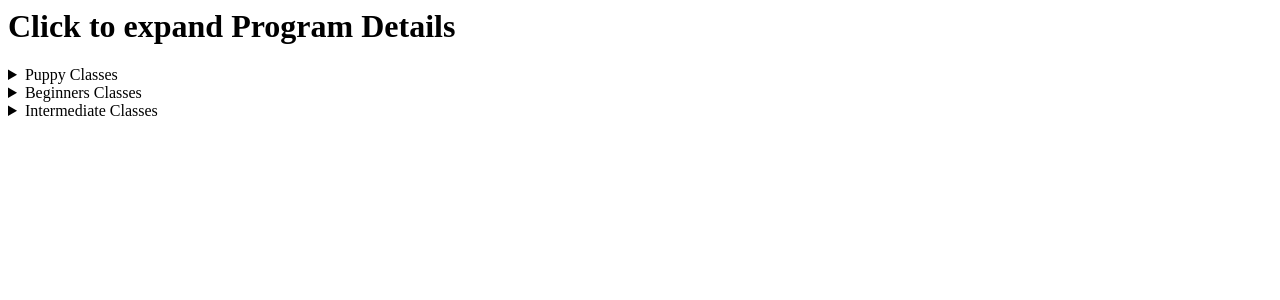
Repository: Brittany-Westlund/MART341-WebDesign
Page: WebDesignHomework/testfolder/index.html
An editor plug-in stored every save of this project. The page is shown before and after the next save, followed by the edit.
The browser window is 1280 px wide. The pictures show the whole page.

Above is the page before, as saved 2024-11-03 17:46:23.

### WebDesignHomework/testfolder/index.html
<h1>Click to expand Program Details</h1>

    <details>
      <summary>Puppy Classes</summary>
      <table border="1">
        <tr>
          <th>Classes</th>
          <th>Description</th>
        </tr>
        <tr>
          <td>Puppy Socialization</td>
          <td>Helps puppies learn social skills and basic commands.</td>
        </tr>
        <tr>
          <td>Basic Obedience</td>
          <td>Focuses on basic obedience skills for young puppies.</td>
        </tr>
        <!-- Add more Puppy Classes as needed -->
      </table>
    </details>

    <details>
      <summary>Beginners Classes</summary>
      <table border="1">
        <tr>
          <th>Classes</th>
          <th>Description</th>
        </tr>
        <tr>
          <td>Basic Training</td>
          <td>Introduces basic commands and behavior training.</td>
        </tr>
        <tr>
          <td>Leash Training</td>
          <td>Teaches dogs to walk calmly on a leash.</td>
        </tr>
        <!-- Add more Beginner Classes as needed -->
      </table>
    </details>

    <details>
      <summary>Intermediate Classes</summary>
      <table border="1">
        <tr>
          <th>Classes</th>
          <th>Description</th>
        </tr>
        <tr>
          <td>Advanced Obedience</td>
          <td>Builds on basic commands with more complex tasks.</td>
        </tr>
        <tr>
          <td>Agility Training</td>
          <td>Introduces agility equipment and training exercises.</td>
        </tr>
        <!-- Add more Intermediate Classes as needed -->
      </table>
    </details>

  </details>

After the next save:
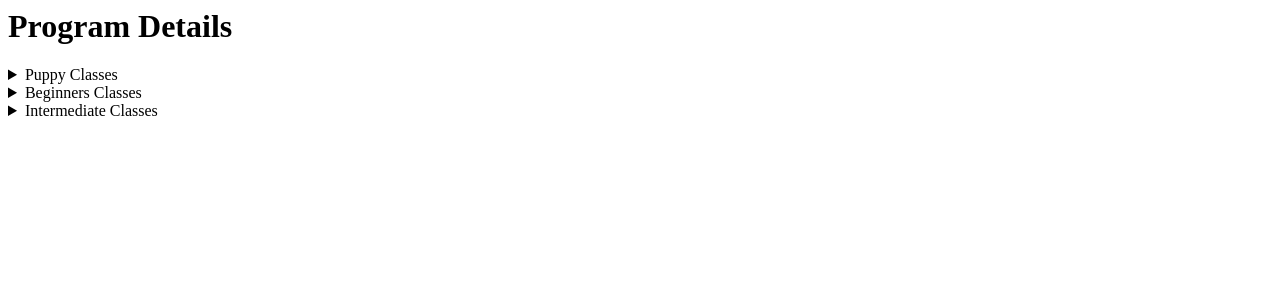
Saved 11 s later.
--- a/WebDesignHomework/testfolder/index.html
+++ b/WebDesignHomework/testfolder/index.html
@@ -1,4 +1,4 @@
-<h1>Click to expand Program Details</h1>
+<h1>Program Details</h1>
 
     <details>
       <summary>Puppy Classes</summary>
